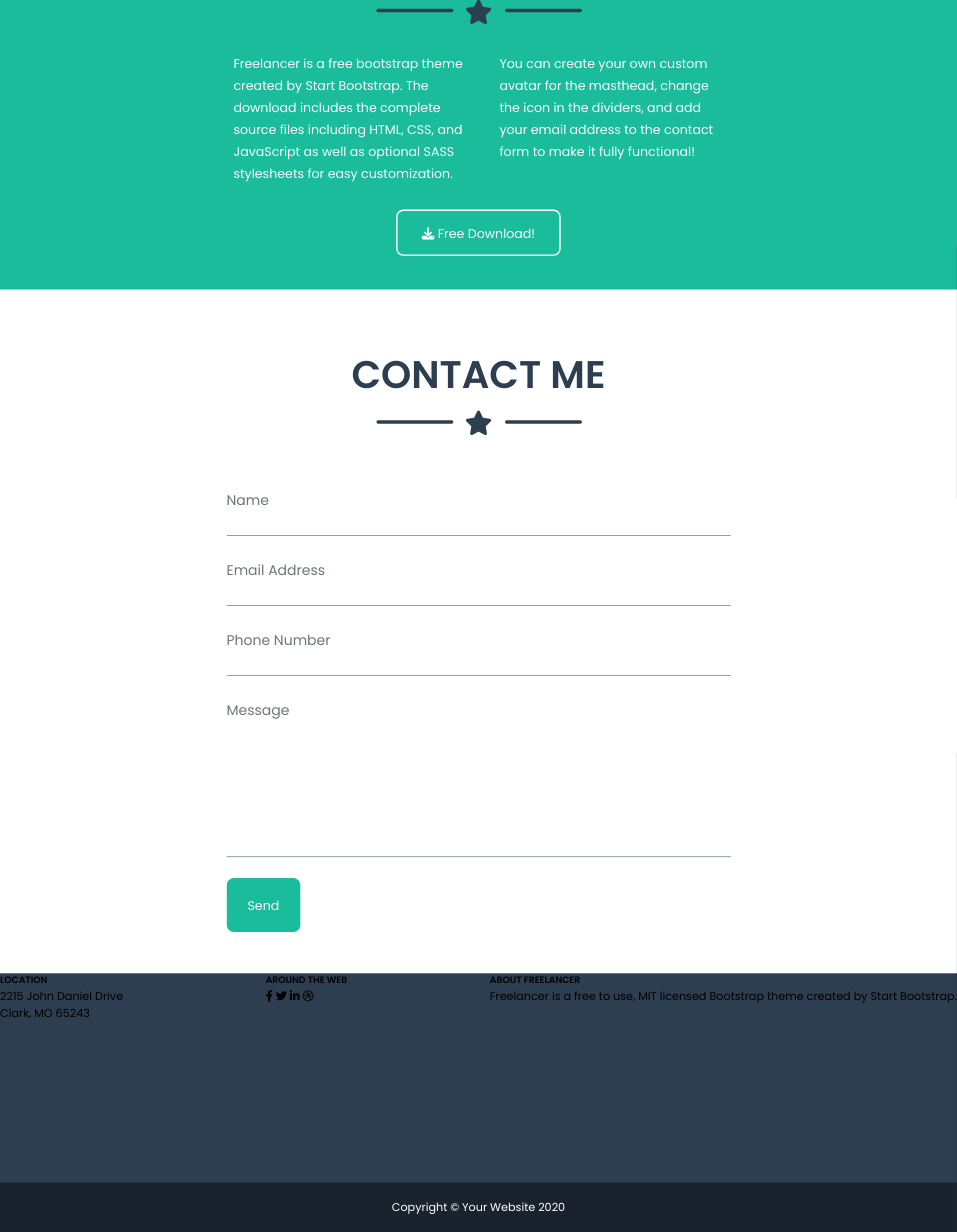
Repository: sSoRaK/web-cut-by-figma_train
Page: bai02/index.html
The author's editor kept a copy of each file at every save. The page is drawn from the files as they stood at one save, then again after the next save.
The browser window is 1280 px wide. The page is 1367 px wide, so the pictures cover 1367 px, including what lies to the right of the window. The pictures show the part of the page from y = 1829 to 3589 px (the page is 3589 px tall), at 70% of full size.

Above is the page before, as saved 2023-06-02 15:18:30.

After the next save:
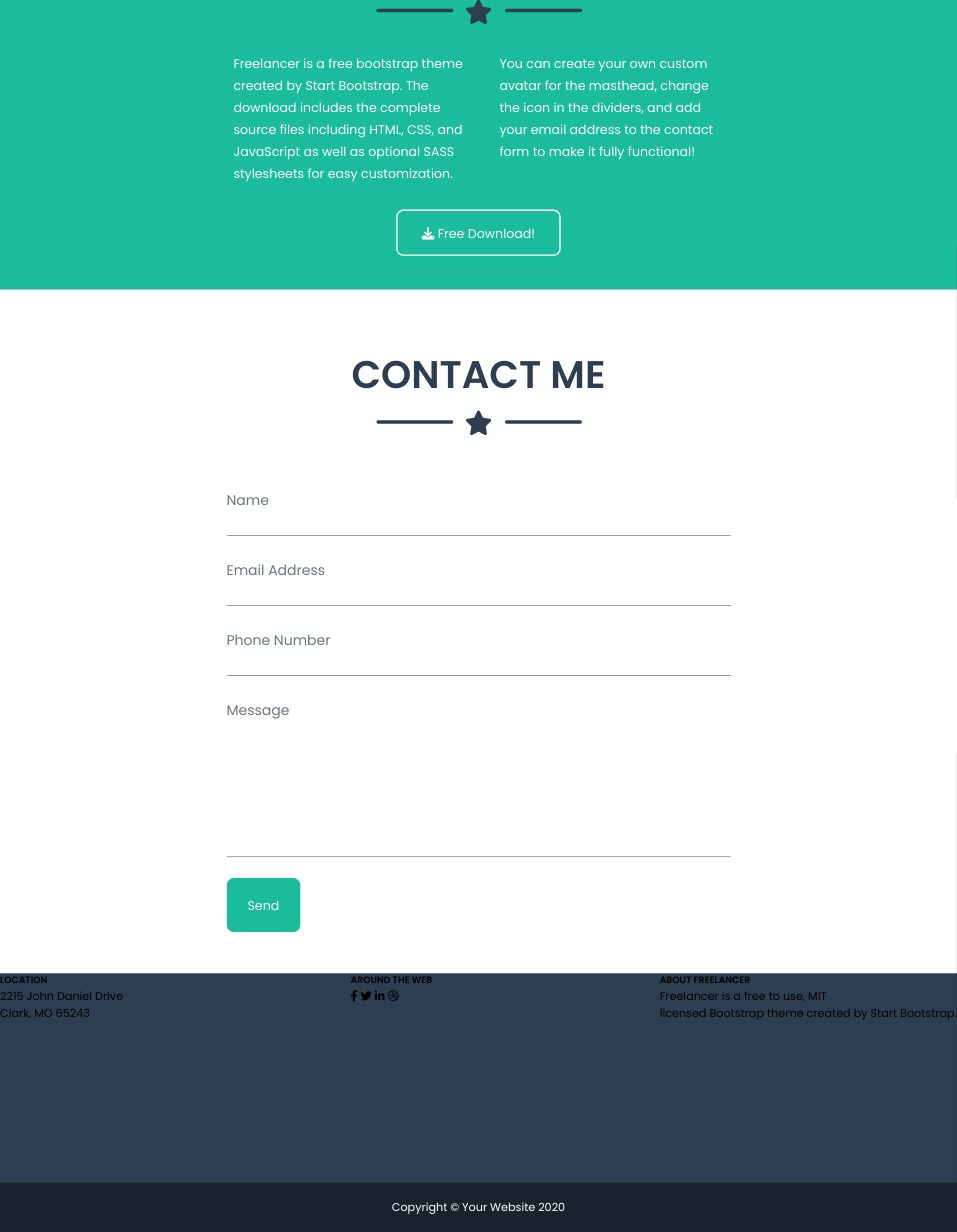
Saved 12 s later.
--- a/bai02/index.html
+++ b/bai02/index.html
@@ -172,8 +172,8 @@
           <div class="about-freelancer">
             <h5>ABOUT FREELANCER</h5>
             <p>
-              Freelancer is a free to use, MIT licensed Bootstrap theme created
-              by <span>Start Bootstrap</span>.
+              Freelancer is a free to use, MIT <br />
+              licensed Bootstrap theme created by <span>Start Bootstrap</span>.
             </p>
           </div>
         </div>
